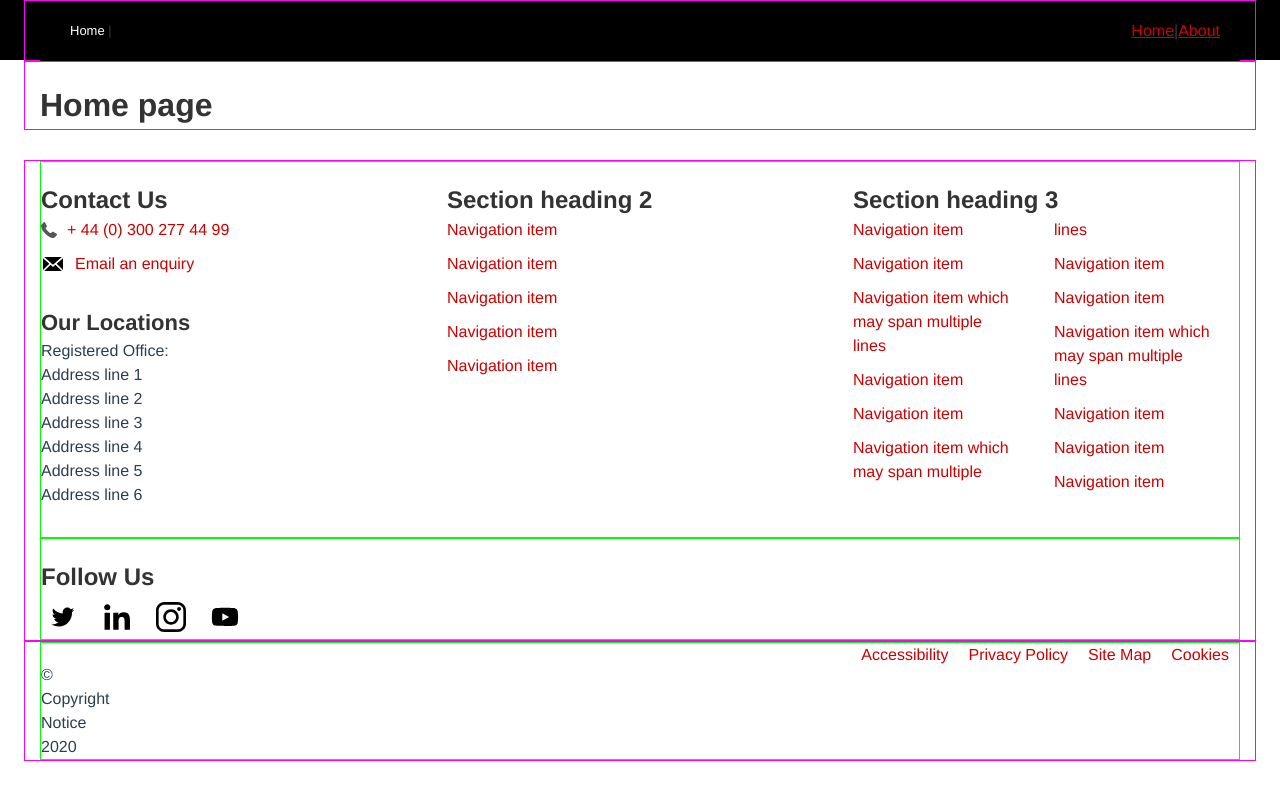
Repository: DaveBaulch/spa
Page: /
An editor plug-in stored every save of this project. The page is shown before and after the next save, followed by the edit.
The browser window is 1280 px wide. The pictures show the whole page.
The project was rebuilt for these pictures with package versions that can differ from the ones it lists, and the page was loaded fresh each time. Also part of the build but not shown: src/assets/styles/main.css.

Above is the page before, as saved 2020-10-13 12:21:10.

After the next save:
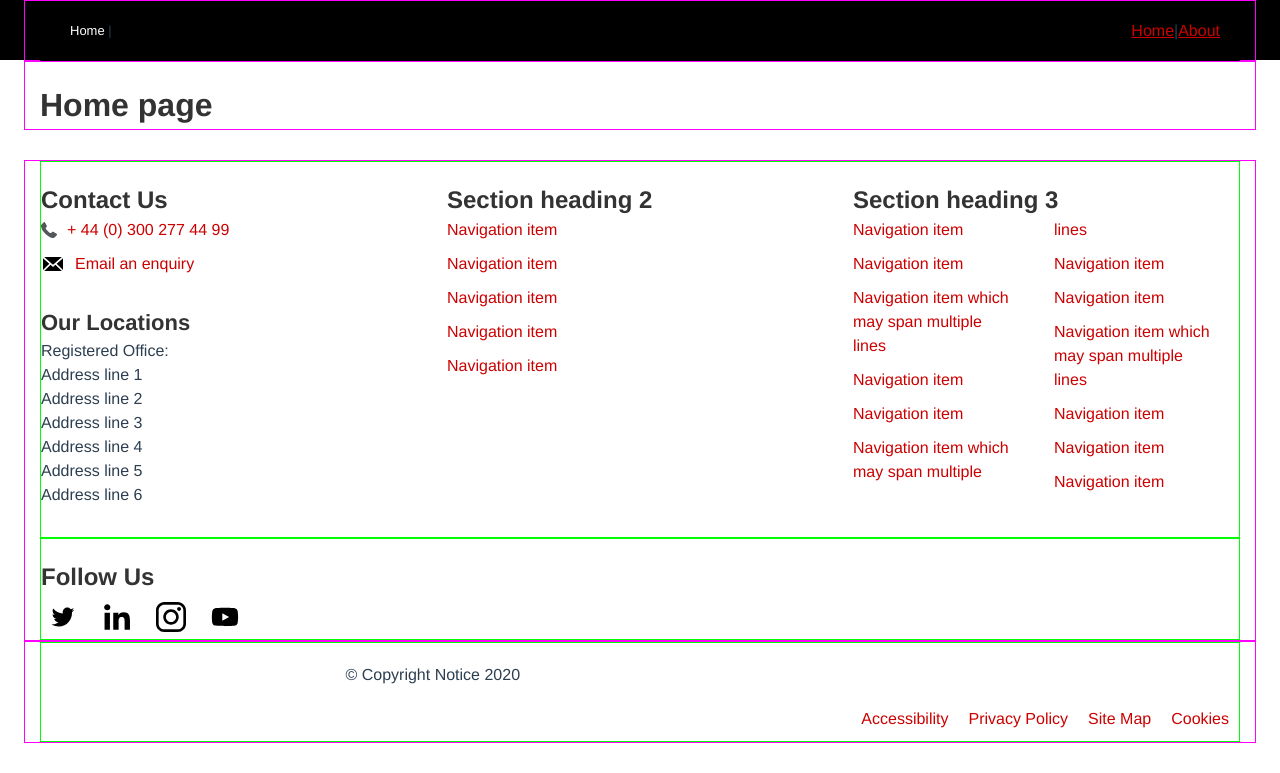
Saved 2 min 9 s later.
--- a/src/components/global/TheFooter.vue
+++ b/src/components/global/TheFooter.vue
@@ -267,6 +267,14 @@ footer-wrapper {
   }
 }
 
+.copyright-notice-wrapper{
+  grid-column: 1 / 13;
+
+  @include breakpoint(lg) {
+    grid-column: 4 / 13;
+  }
+}
+
 
 .footer-links-wrapper {
   grid-column: 1 / 13;
